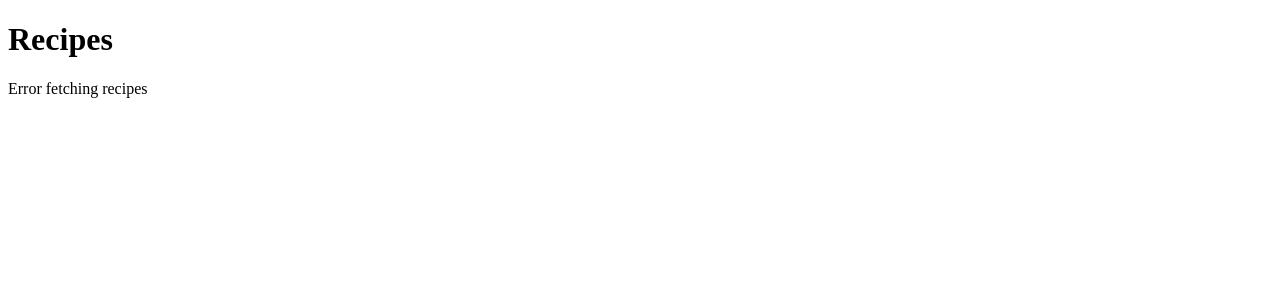
Repository: SharonSebastian32/food-search-filter-
Page: index.html
These files come from the project's save history. The page is drawn as it stood at one moment and after a run of saves; the edit follows.
The browser window is 1280 px wide. The pictures show the whole page.
The page's requests for data from a server got no answer.

Above is the page before, as saved 2024-10-11 10:58:29.

### index.html
<!DOCTYPE html>
<html lang="en">
  <head>
    <meta charset="UTF-8" />
    <meta name="viewport" content="width=device-width, initial-scale=1.0" />
    <title>Recipe List</title>
  </head>
  <body>
    <h1>Recipes</h1>

    <div id="recipe-root"></div>
    <!-- This is where the recipes will be displayed -->

    <script src="./index.js"></script>
  </body>
</html>

### index.js
fetch("https://dummyjson.com/recipes")
  .then((response) => response.json())
  .then((data) => {
    const recipeContainer = document.getElementById("recipe-root");
    let recipeContent = "";

    data.recipes.forEach(function (recipe) {
      recipeContent += `
        <div>
          <h2>${recipe.name}</h2>
          <p><strong>Cuisine:</strong> ${recipe.cuisine}</p>
          <p><strong>Instructions:</strong> ${recipe.instructions}</p>
          <p><strong>Ingredients:</strong> ${recipe.ingredients.join(", ")}</p>
          <p ><string>Instructions: </string>${recipe.instructions}</p>
        </div>
        <hr>
      `;
    });

    recipeContainer.innerHTML = recipeContent;
  })
  .catch((error) => {
    console.error("Error fetching recipes:", error);
    const recipeContainer = document.getElementById("recipe-root");
    recipeContainer.innerHTML = "<p>Error fetching recipes</p>";
  });

After the next 3 saves:
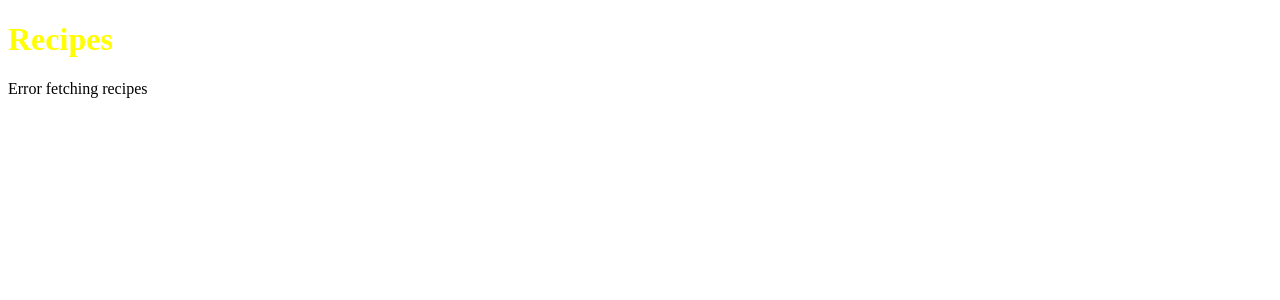
The 3 saves are shown as one change because they came seconds apart.
The last was saved 14 s later.
--- a/index.html
+++ b/index.html
@@ -6,7 +6,7 @@
     <title>Recipe List</title>
   </head>
   <body>
-    <h1>Recipes</h1>
+    <h1 style="color: yellow;">Recipes</h1>
 
     <div id="recipe-root"></div>
     <!-- This is where the recipes will be displayed -->
